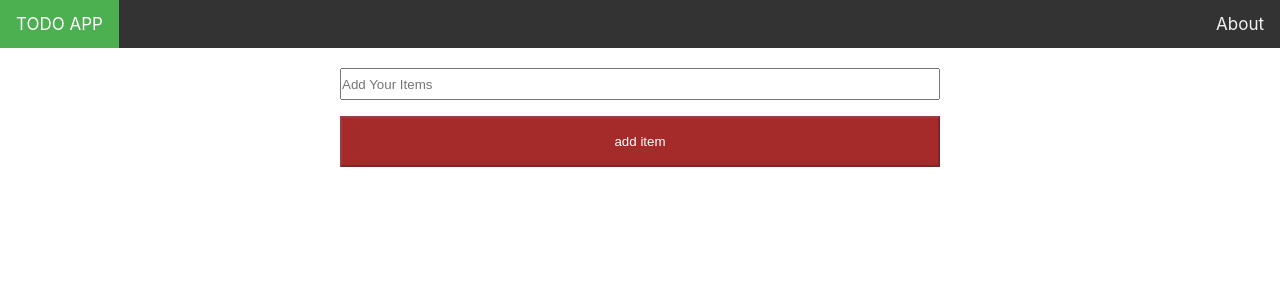
Repository: hoangphuong965/myTodoList
Page: /
An editor plug-in stored every save of this project. The page is shown before and after the next save, followed by the edit.
The browser window is 1280 px wide. The pictures show the whole page.
The project was rebuilt for these pictures with package versions that can differ from the ones it lists, and the page was loaded fresh each time. Also part of the build but not shown: src/components/TodoItems.js.

Above is the page before, as saved 2020-06-01 21:29:19.

After the next save:
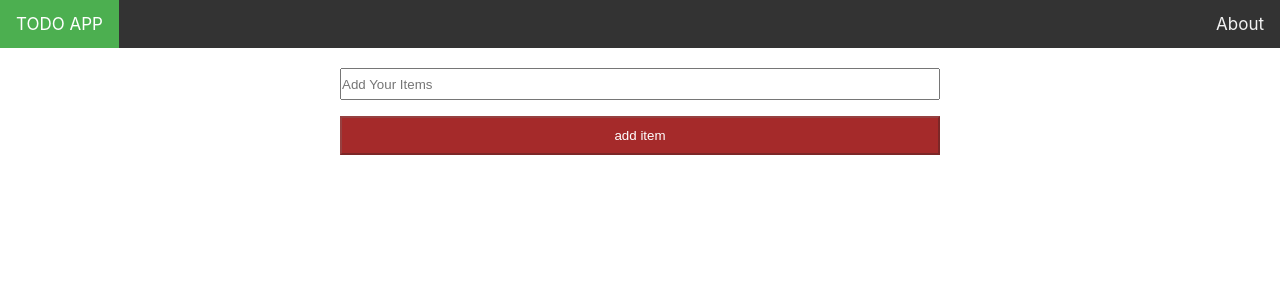
Saved 8 s later.
--- a/src/components/todo.css
+++ b/src/components/todo.css
@@ -41,5 +41,5 @@
     margin: 1rem 0 0 0;
     background-color: brown;
     color: #ffffff;
-    padding: 1rem;
+    padding: 10px;
 }
